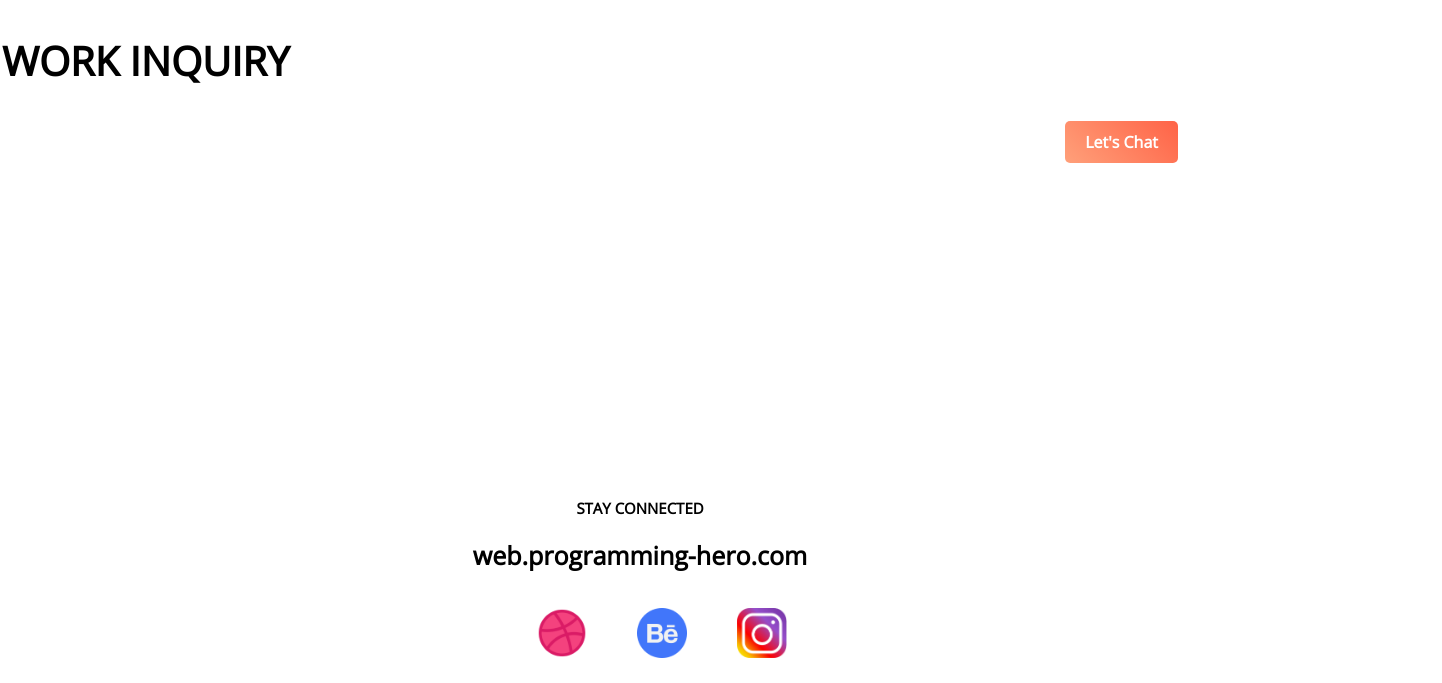
Repository: sabbircse3/personal-website
Page: index.html
These files come from the project's save history. The page is drawn as it stood at one moment and after a run of saves; the edit follows.
The browser window is 1280 px wide. The page is 1442 px wide, so the pictures cover 1442 px, including what lies to the right of the window. The pictures show the part of the page from y = 2386 to 3069 px (the page is 3069 px tall).

Above is the page before, as saved 2021-01-06 03:49:28.

After the next 3 saves:
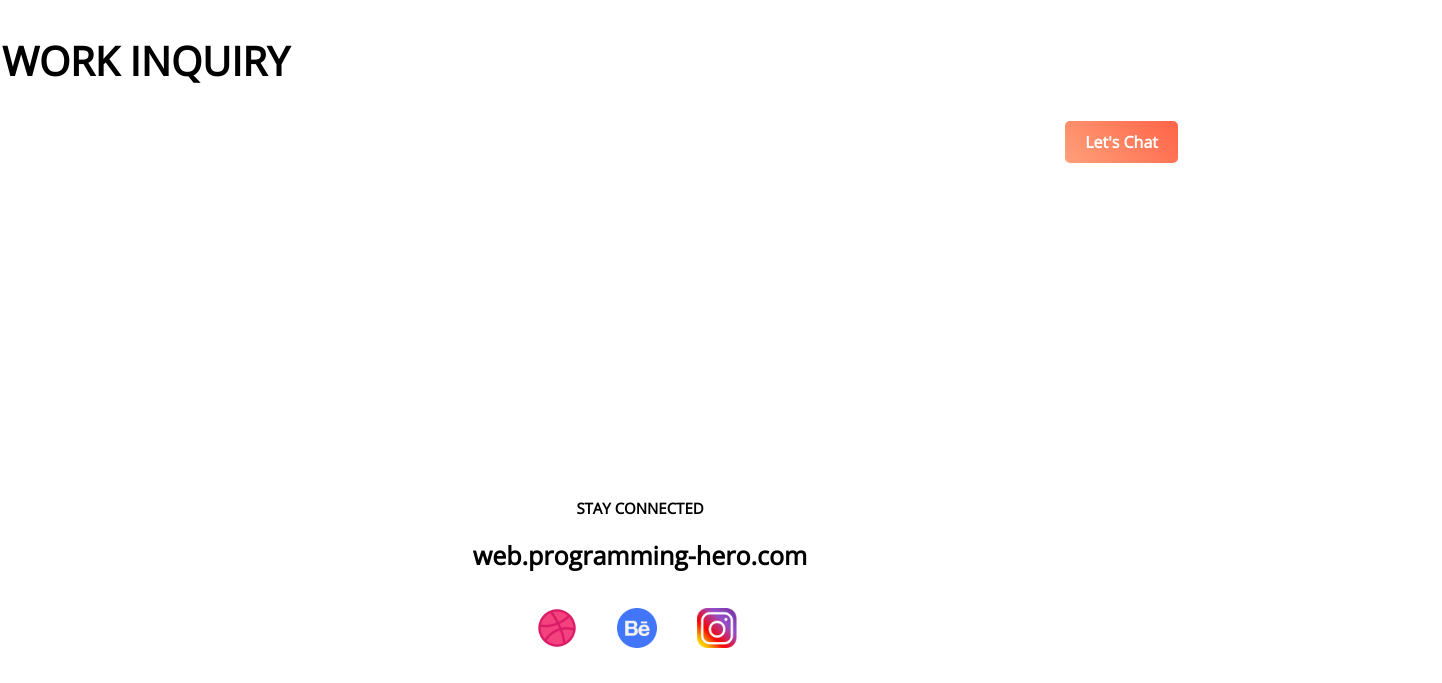
The 3 saves are shown as one change because they came seconds apart.
The last was saved 7 s later.
--- a/style.css
+++ b/style.css
@@ -137,7 +137,7 @@ footer h3{
 }
 .chat-experience{
 	height: 90px;
-    width: 100px;
+    width: 80px;
     display: block;
     float:left;
 }
